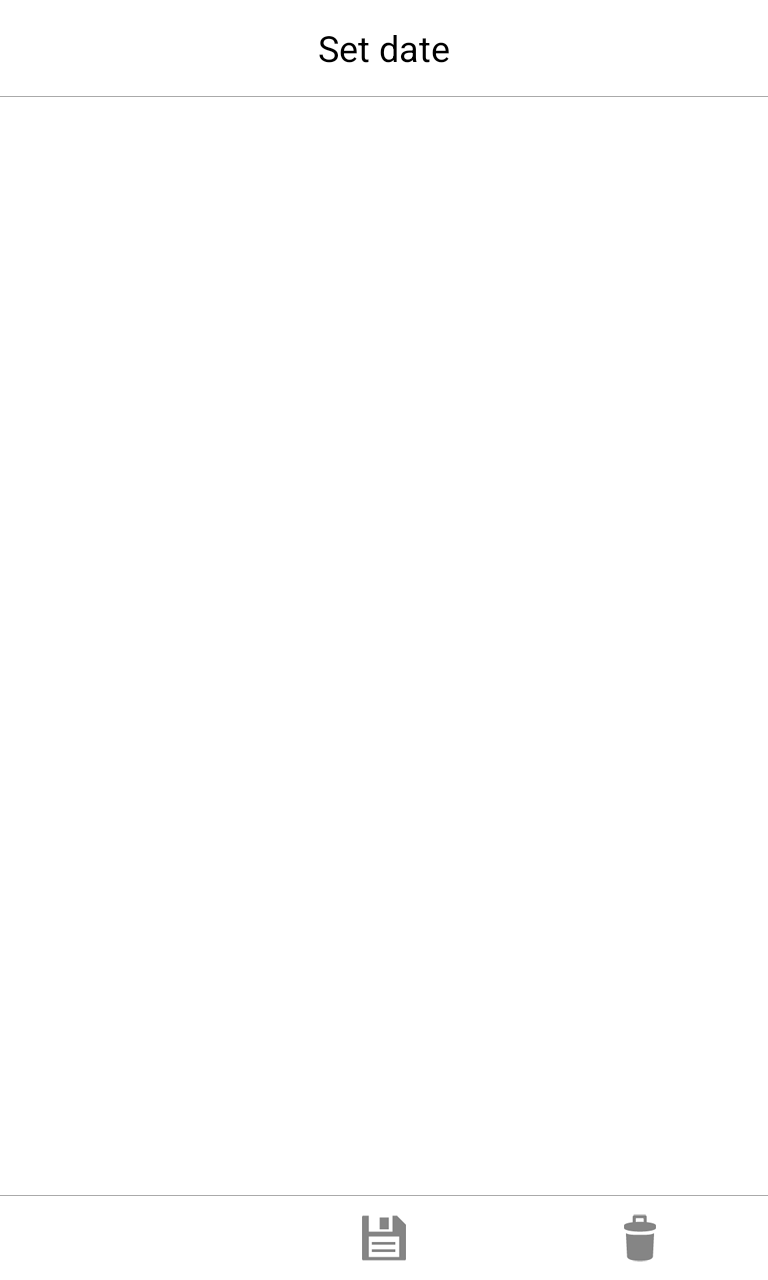
Repository: larserikstrand/IMT4904-Master
Layout: MTP/res/layout/activity_list.xml
An editor plug-in stored every save of this project. The layout is shown before and after the next save, followed by the edit.
It is drawn on a 768 x 1280 px phone screen (xhdpi) without system bars, with theme android:Theme.Holo.Light; the app's code is not run. Lists and similar views that code fills are empty.

Above is the layout before, as saved 2014-02-14 20:49:56.

### MTP/res/layout/activity_list.xml
<LinearLayout xmlns:android="http://schemas.android.com/apk/res/android"
    xmlns:tools="http://schemas.android.com/tools"
    android:layout_width="match_parent"
    android:layout_height="match_parent"
    android:orientation="vertical"
    tools:context=".ListActivity" >

    <Button android:id="@+id/date_button"
        android:layout_width="match_parent"
        android:layout_height="wrap_content"
        android:background="?android:attr/selectableItemBackground"
        android:text="@string/set_date" />

    <View android:layout_width="match_parent"
        android:layout_height="0.2dp"
        android:background="@android:color/darker_gray" />

    <ListView android:id="@+id/tasklist_list"
        android:layout_width="match_parent"
        android:layout_height="0dp"
        android:layout_weight="1"
        android:paddingLeft="@dimen/activity_horizontal_margin"
    	android:paddingRight="@dimen/activity_horizontal_margin" />

    <View android:layout_width="match_parent"
        android:layout_height="0.2dp"
        android:background="@android:color/darker_gray" />

    <LinearLayout android:layout_width="match_parent"
        android:layout_height="wrap_content"
        android:orientation="horizontal" >

        <ImageButton android:id="@+id/new_task_button"
        	android:layout_width="0dp"
        	android:layout_height="wrap_content"
        	android:layout_weight="1"
        	android:paddingTop="5dp"
        	android:paddingBottom="5dp"
        	android:background="?android:attr/selectableItemBackground"
        	android:text="@string/new_task"
        	android:textAppearance="?android:attr/textAppearanceSmall"
        	android:drawableTop="@drawable/ic_content_new" />

        <ImageButton android:id="@+id/save_button"
            android:layout_width="0dp"
        	android:layout_height="wrap_content"
        	android:layout_weight="1"
        	android:paddingTop="5dp"
        	android:paddingBottom="5dp"
        	android:background="?android:attr/selectableItemBackground"
        	android:src="@drawable/ic_content_save"
        	android:contentDescription="@string/save" />

        <ImageButton android:id="@+id/discard_button"
            android:layout_width="0dp"
        	android:layout_height="wrap_content"
        	android:layout_weight="1"
        	android:paddingTop="5dp"
        	android:paddingBottom="5dp"
        	android:background="?android:attr/selectableItemBackground"
        	android:src="@drawable/ic_content_discard"
        	android:contentDescription="@string/discard_list" />

    </LinearLayout>

</LinearLayout>

### MTP/res/values/strings.xml
<?xml version="1.0" encoding="utf-8"?>
<resources>

    <!-- Titles -->
    <string name="app_name">MTP</string>
    <string name="title_activity_list">ListActivity</string>
    <string name="title_activity_new_task">New Task</string>
    <string name="title_activity_map">Map</string>

    <!-- Menu -->
    <string name="action_settings">Settings</string>
    <string name="action_about">About</string>

    <!-- General -->
    <string name="today">Today</string>
    <string name="week">Week</string>
    <string name="all_tasks">All Tasks</string>
    <string name="task">Task</string>
    <string name="new_task_list">New List</string>
    <string name="new_task">New Task</string>
    <string name="edit_list">Edit List</string>
    <string name="edit">Edit</string>
    <string name="delete">Delete</string>
    <string name="discard_list">Discard</string>
    <string name="set_date">Set date</string>
    <string name="save">Save</string>
    <string name="done">Done</string>
    <string name="location">Location</string>
    <string name="location_hint">Enter location</string>
    <string name="pinpoint">or pinpoint location on map</string>
    <string name="task_description_hint">Task description</string>
    <string name="time">Time</string>
    <string name="fixed_time">Fixed time</string>
    <string name="from">From</string>
    <string name="to">To</string>
    <string name="divider">-</string>
    <string name="start">Start</string>
    <string name="pause">Pause</string>
    <string name="finished">Finished</string>
    <string name="confirm">Confirm</string>
    <string name="add">Add</string>

    <!-- Messages/Alerts -->
    <string name="set_location_message">You must choose a location for your task.</string>
    <string name="set_category_message">You must enter a task category.</string>
    <string name="set_date_message">You must enter a date.</string>
    <string name="set_time_message">This task has a fixed time. You must set the start and end time of the task.</string>
    <string name="save_message">Saving. Please wait&#8230;</string>
    <string name="discard_list_message">Are you sure you want do discard this list?</string>
    <string name="delete_list_message">Are you sure you want to delete this list?</string>
    <string name="welcome_message">Welcome to MTP. As this is your first time running this application, please select an occupation before proceeding.</string>
    <string name="no_tasks_message">You haven\'t entered any tasks to save.</string>
    <string name="existing_list_message">A list with this date already exist. Do you wish to add tasks to the existing list or delete the existing list?</string>

    <!-- Arrays -->
    <string-array name="undergraduate_tasks_array">
        <item>Attend lecture</item>
        <item>Write report</item>
        <item>Do course exercises</item>
        <item>Meeting</item>
        <item>Group work</item>
        <item>Other</item>
    </string-array>

    <string-array name="postgraduate_tasks_array">
        <item>Write thesis</item>
        <item>Meeting</item>
    </string-array>


    <!-- Colors -->
    <color name="lightgreen">#2200ff00</color>


</resources>

Loaded but not shown: MTP/res/values/dimens.xml (common file)

After the next save:
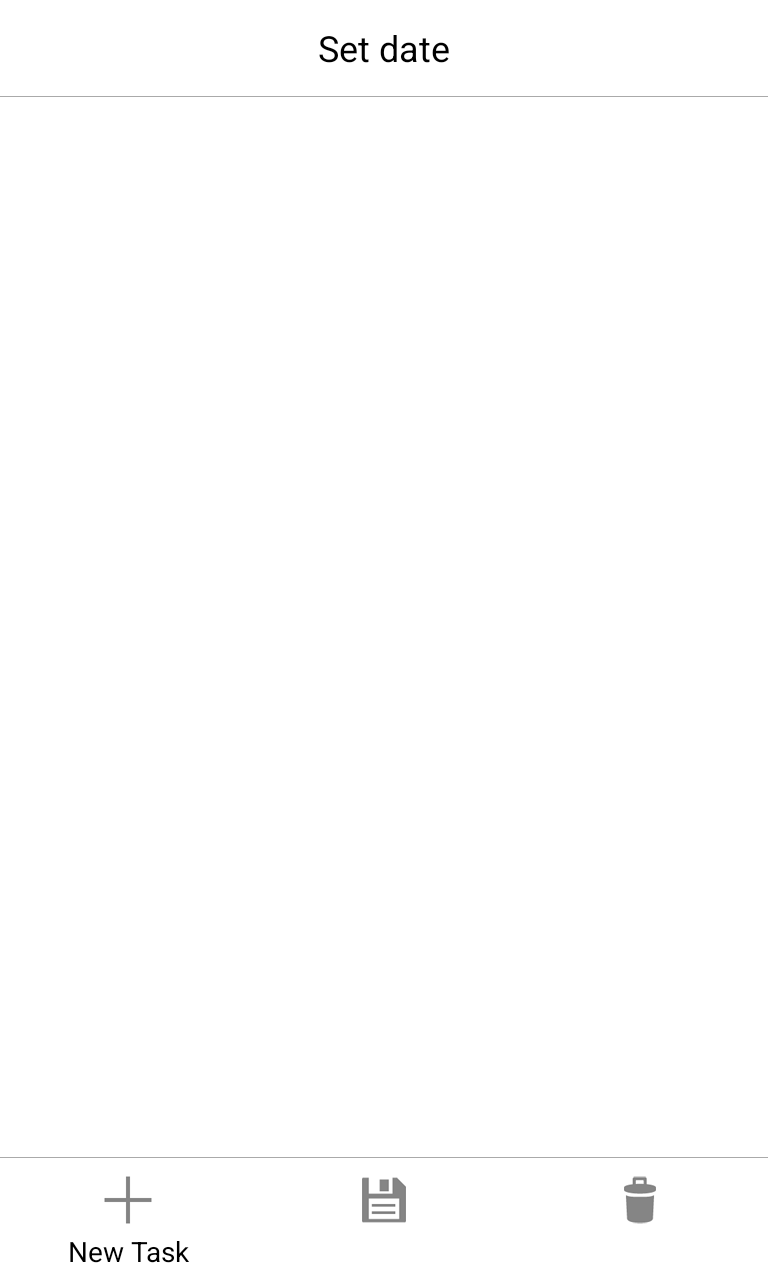
Saved 4 s later.
--- a/MTP/res/layout/activity_list.xml
+++ b/MTP/res/layout/activity_list.xml
@@ -30,7 +30,7 @@
         android:layout_height="wrap_content"
         android:orientation="horizontal" >
 
-        <ImageButton android:id="@+id/new_task_button"
+        <Button android:id="@+id/new_task_button"
         	android:layout_width="0dp"
         	android:layout_height="wrap_content"
         	android:layout_weight="1"
